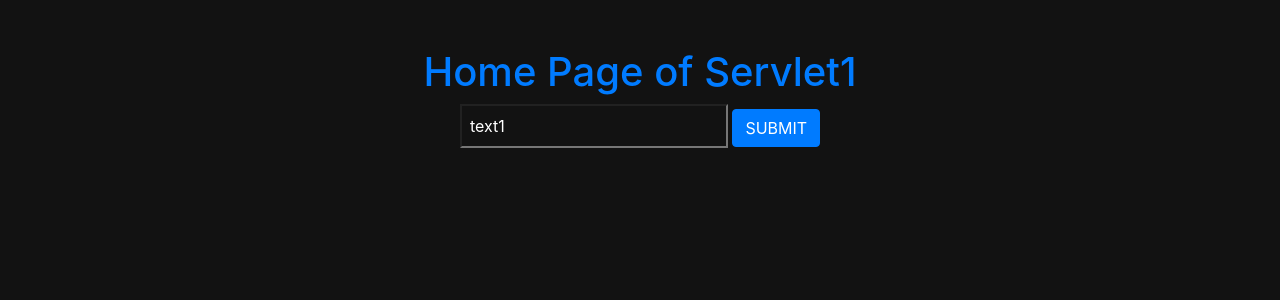
Repository: Gouravgilhare/Servlet
Page: http://localhost/SERVLET1/
An editor plug-in stored every save of this project. The page is shown before and after the next save, followed by the edit.
The browser window is 1280 px wide. The pictures show the whole page.
The page is served by Tomcat 10.

Above is the page before, as saved 2025-07-16 11:56:03.

After the next save:
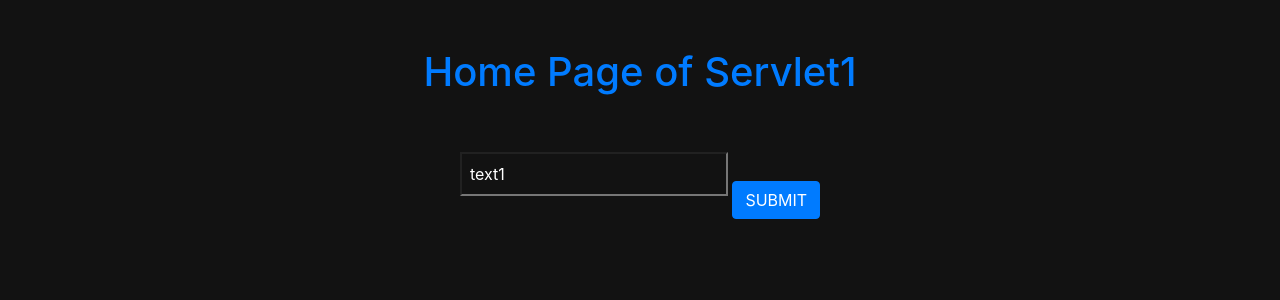
Saved 41 s later.
--- a/SERVLET1/src/main/webapp/index.jsp
+++ b/SERVLET1/src/main/webapp/index.jsp
@@ -15,10 +15,11 @@
         <div class="col text-center">
             <h1 class="text-primary">Home Page of Servlet1</h1>
 
+
             <form action="<%= application.getContextPath() %>/third" method="POST">
 
-            	<input type="text" class = "p-2" value="text1" placeholder ="Enter Text">
-            	<input type="submit" class = "btn  btn-primary" value="SUBMIT" placeholder ="SUBMIT">
+            	<input type="text" class = "p-2 mt-5" value="text1" placeholder ="Enter Text">
+            	<input type="submit" class = "btn mt-5 btn-primary" value="SUBMIT" placeholder ="SUBMIT">
             </form>
         </div>
     </div>
